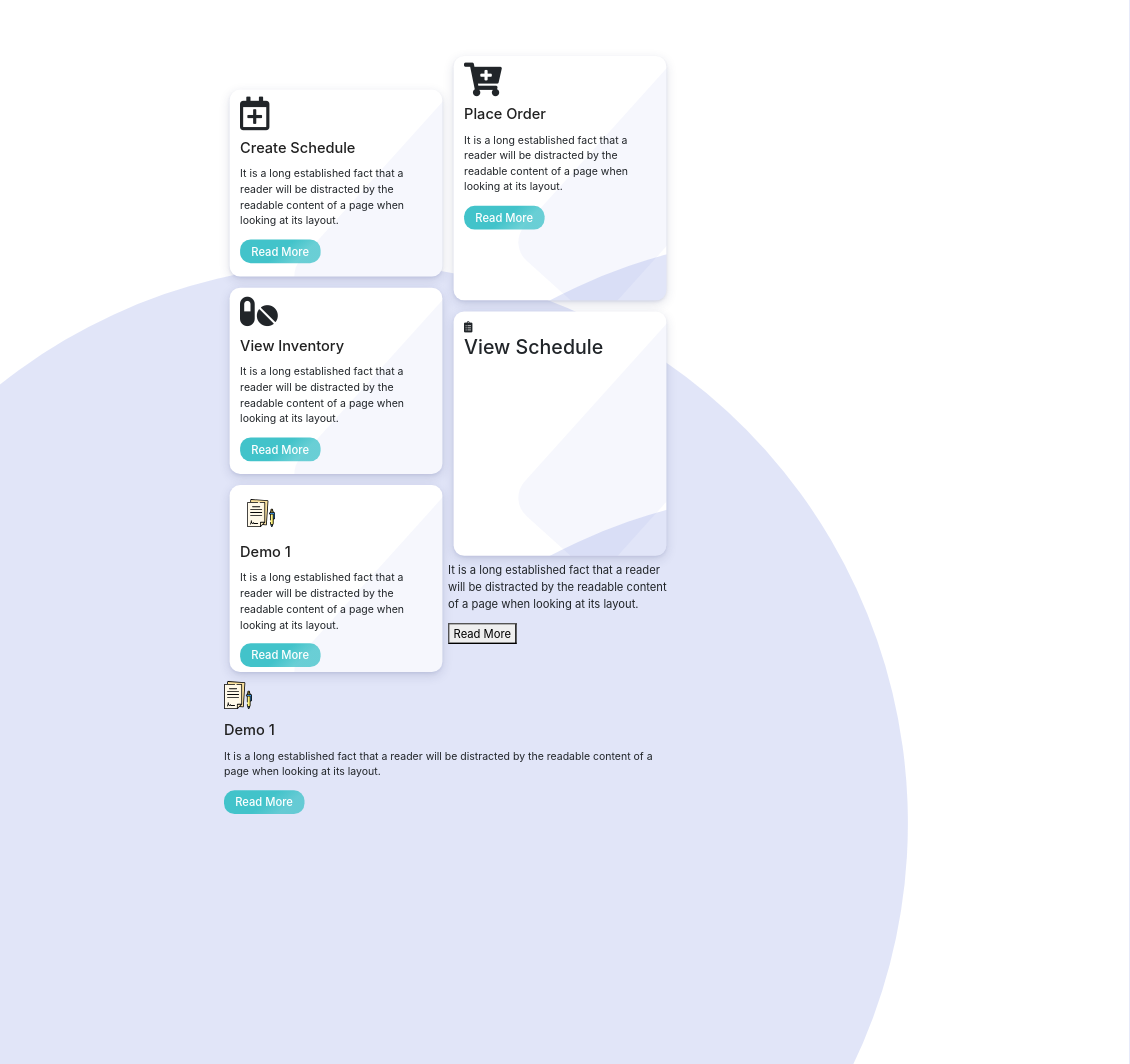
Repository: suffiyanshaikh01/Pharmacy-Project
Page: http://localhost/PharmacyMedicineSupply-WebPortal/WEB-INF/JSP/newHomePage.jsp
An editor plug-in stored every save of this project. The page is shown before and after the next save, followed by the edit.
The browser window is 1280 px wide. The page is 1614 px wide, so the pictures cover 1614 px, including what lies to the right of the window. The pictures show the part of the page from y = 0 to 1520 px (the page is 2293 px tall), at 70% of full size.
Some web libraries are served in a nearby version. The page is served by Tomcat 9. Nobody is signed in. The template is opened directly, without the code that normally fills it, so the values that code supplies are empty.

Above is the page before, as saved 2021-05-29 10:21:49.

After the next save:
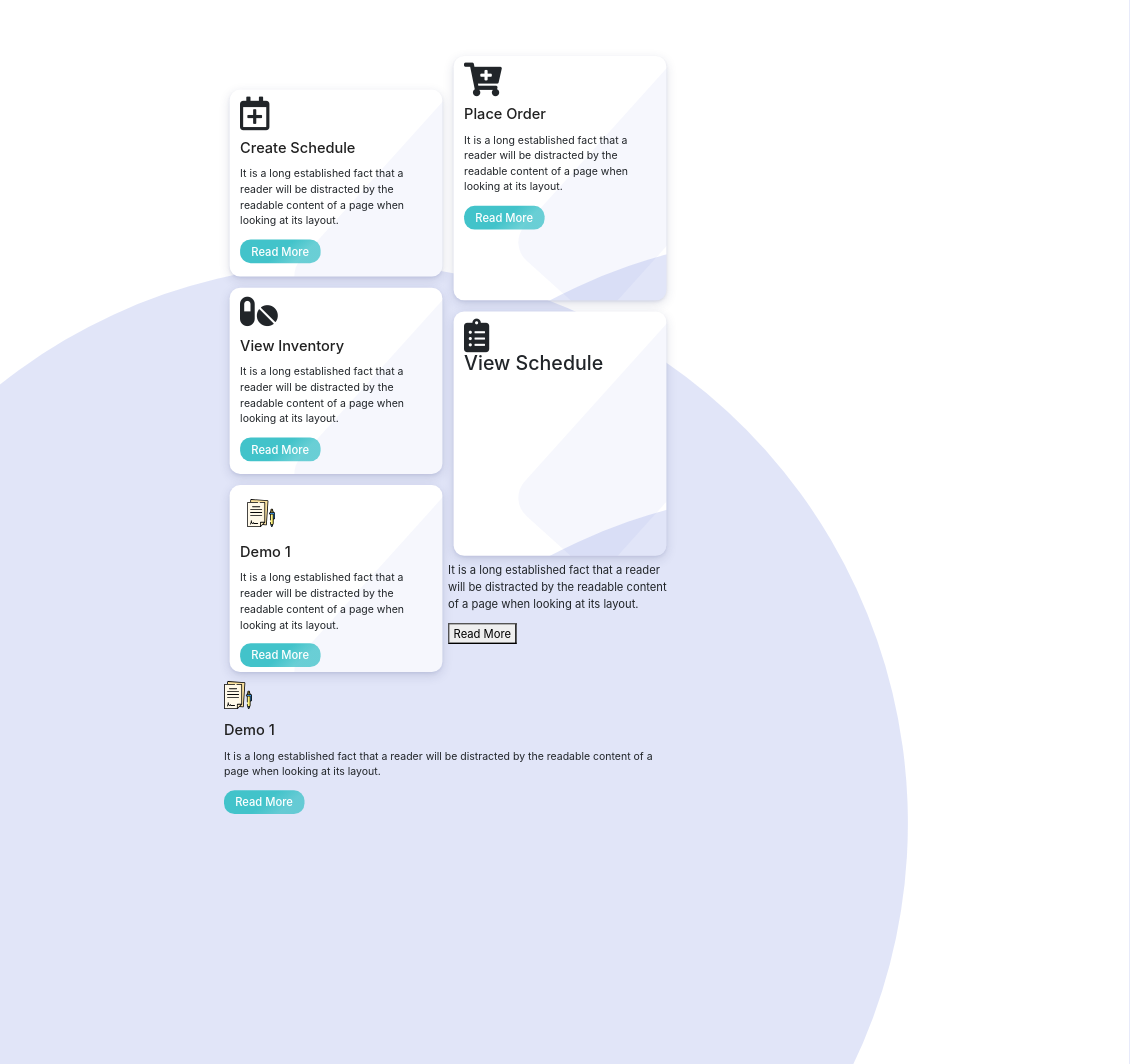
Saved 7 s later.
--- a/PharmacyMedicineSupply-WebPortal/src/main/webapp/WEB-INF/JSP/newHomePage.jsp
+++ b/PharmacyMedicineSupply-WebPortal/src/main/webapp/WEB-INF/JSP/newHomePage.jsp
@@ -293,7 +293,7 @@
           </div>
           <div class="solution_card">
             <div class="hover_color_bubble"></div>
-            <div><i class="fas fa-clipboard-list fs-3x"></i></div>
+            <div><i class="fas fa-clipboard-list fa-3x"></i></div>
               <h3>View Schedule</h3>
             </div>
             <div class="solu_description">
